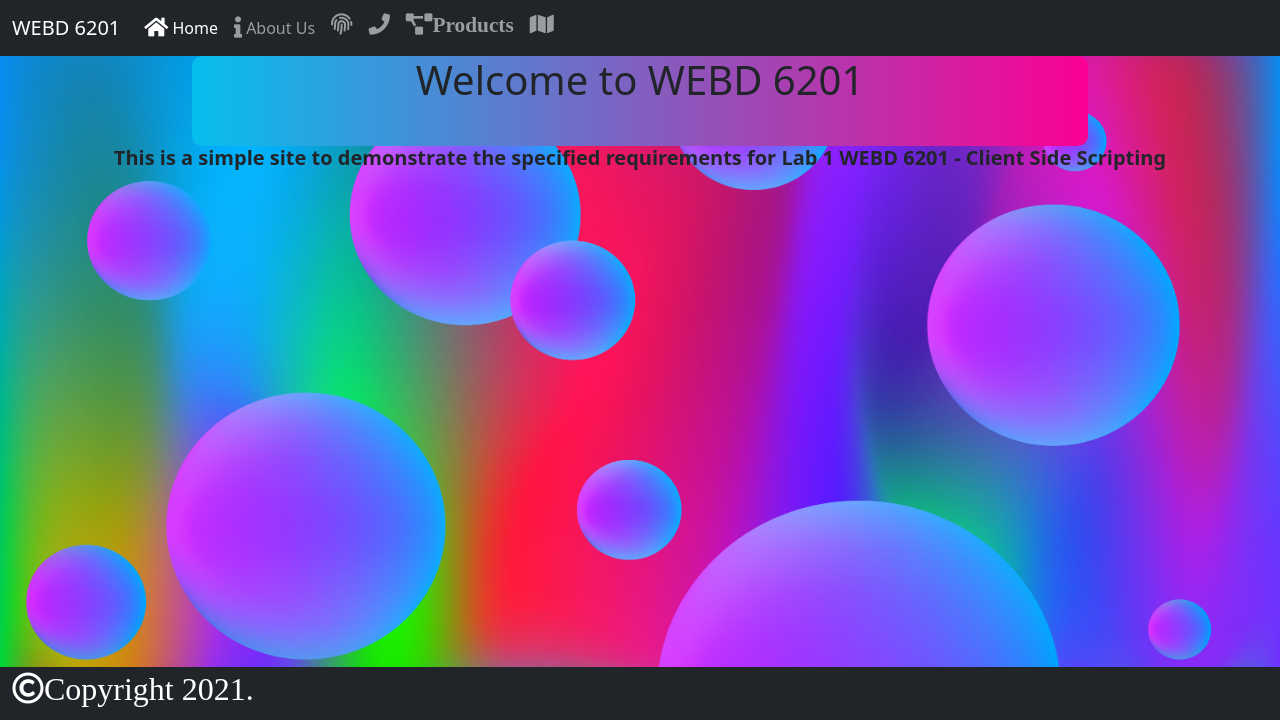
Repository: vans12345678/WEBD6201-W2021-Lab1
Page: index.html
These files come from the project's save history. The page is drawn as it stood at one moment and after the next save; the edit follows.
The browser window is 1280 px wide. The pictures show the whole page.

Above is the page before, as saved 2021-02-01 19:53:20.
Console error: ReferenceError: mainContent is not defined

After the next save:
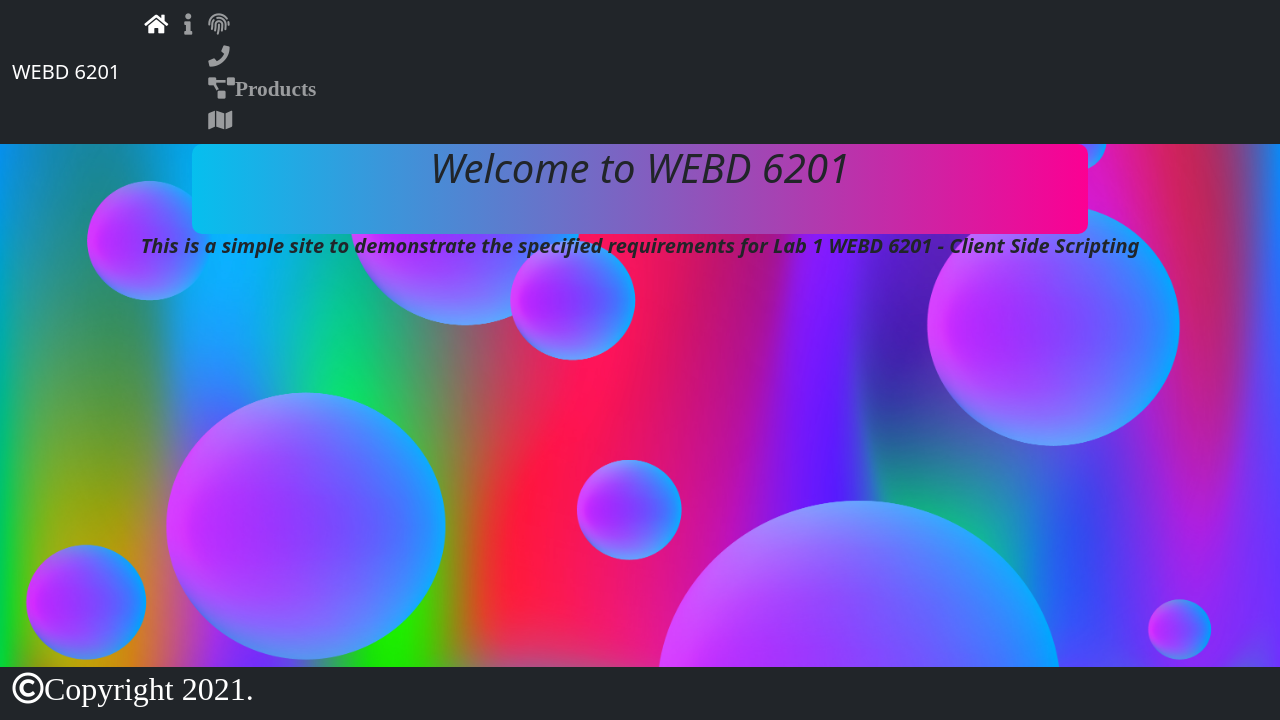
Saved 102 s later.
--- a/index.html
+++ b/index.html
@@ -24,22 +24,22 @@
               <div class="collapse navbar-collapse" id="navbarSupportedContent">
                 <ul class="navbar-nav me-auto mb-2 mb-lg-0">
                   <li class="nav-item">
-                    <a class="nav-link active" aria-current="page" href="index.html"><i class="fas fa-home fa-lg"></i> Home</a>
+                    <a id = "navHome" class="nav-link active fas fa-home fa-lg" aria-current="page" href="index.html"></a>
                   </li>
                   <li class="nav-item">
-                    <a class="nav-link" aria-current="page" href="about.html"><i class="fas fa-info fa-lg"></i> About Us</a>
+                    <a id = "navAbout" class="nav-link fas fa-info fa-lg" aria-current="page" href="about.html"><i class=""></a>
                   </li>
                   <li class="nav-item">
-                    <a class="nav-link fas fa-fingerprint fa-lg" aria-current="page" href="human-resources.html"></a>
+                    <a id = "navHumanResources" class="nav-link fas fa-fingerprint fa-lg" aria-current="page" href="human-resources.html"></a>
                   </li>
                   <li class="nav-item">
-                    <a class="nav-link fas fa-phone fa-lg" aria-current="page" href="contact.html"></a>
+                    <a id = "navContact" class="nav-link fas fa-phone fa-lg" aria-current="page" href="contact.html"></a>
                   </li>
                   <li class="nav-item">
                     <a id = "navProjects" class="nav-link fas fa-project-diagram fa-lg" aria-current="page" href="projects.html"></a>
                   </li>
                   <li class="nav-item">
-                    <a class="nav-link fas fa-map fa-lg" aria-current="page" href="services.html"></a>
+                    <a id = "navServices" class="nav-link fas fa-map fa-lg" aria-current="page" href="services.html"></a>
                   </li>
                 </ul>
               </div>
